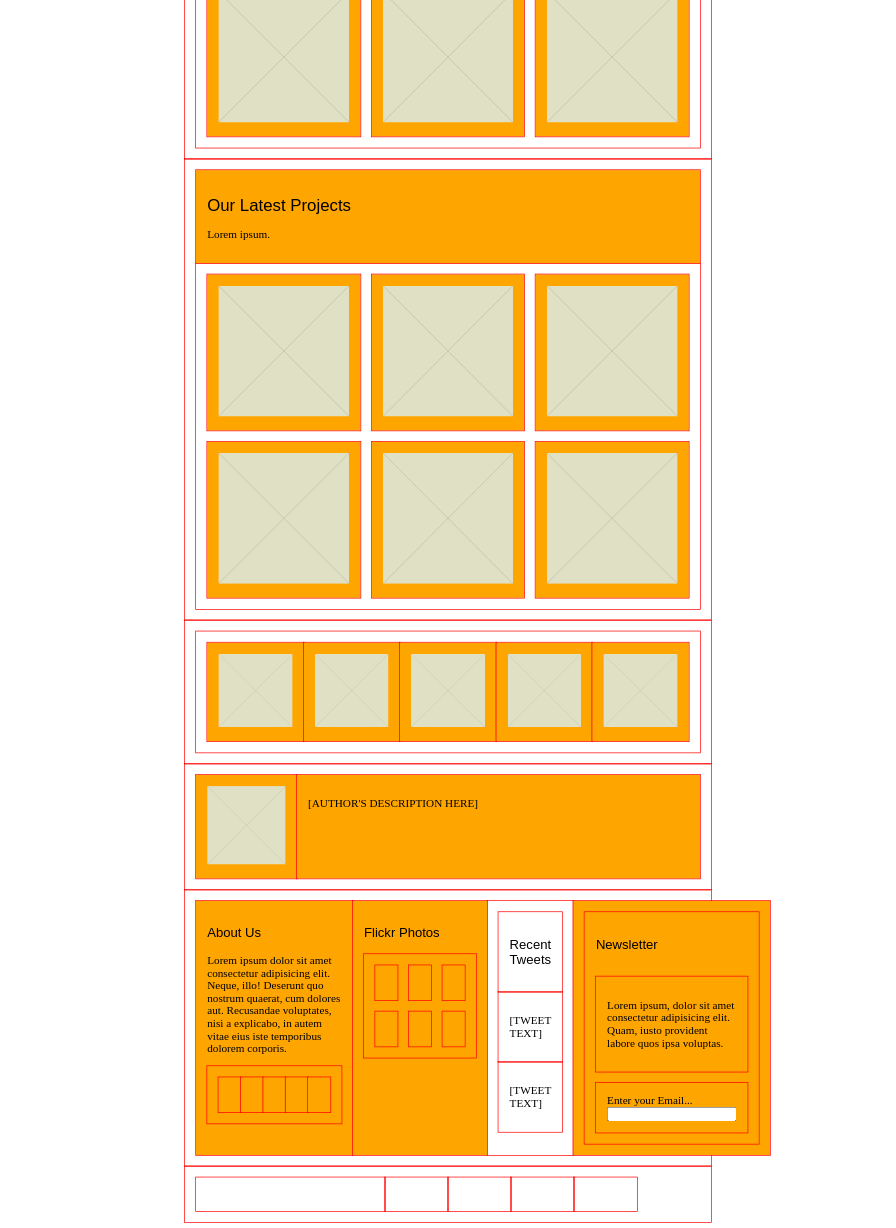
Repository: pjiang604/mdia2003-lab03b
Page: index.html
These files come from the project's save history. The page is drawn as it stood at one moment and after the next save; the edit follows.
The browser window is 1280 px wide. The pictures show the part of the page from y = 900 to 2820 px (the page is 2654 px tall before and 2820 px after), at 70% of full size.

Above is the page before, as saved 2023-01-25 20:56:16.

### index.html
<!DOCTYPE html>
<html lang="en">

<head>
    <meta charset="UTF-8">
    <meta http-equiv="X-UA-Compatible" content="IE=edge">
    <meta name="viewport" content="width=device-width, initial-scale=1.0">
    <title>Document</title>
    <link rel="stylesheet" href="style.css">
    <link rel="preconnect" href="https://fonts.google.com/specimen/Ubuntu?query=ubuntu">
</head>

<body>
    <nav>
        <div class="row l-col-6-1 m-col-6-1 s-col-2-2">
            <div class="col">
                <img src="images/placeholder.svg" alt="logo" class="logo">
            </div>
            <div class="col hide">
                <a href="/">Home</a>
            </div>
            <div class="col hide">
                <a href="/">Pages</a>
            </div>
            <div class="col hide">
                <a href="/">Blog</a>
            </div>
            <div class="col hide">
                <a href="/">Portfolio</a>
            </div>
            <div class="col hide">
                <a href="/">Email</a>
            </div>
            <div class="col hamburger">
                <p>[HAM MENU]</p>
            </div>
        </div>
    </nav>

    <div class="carousel hide">
        <div class="col">
            <p>[CAROUSEL HERE]</p>
        </div>

    </div>

    <h1>Hey guys! This is the Metrolics theme. It sports a responsive layout with a mobile layout.</h1>
    <div class="topRow">
        <div class="col">
            <h2>Things That We Do</h2>
            <p>Lorem ipsum.</p>
        </div>
        <div class="row l-col-4-1 m-col-2-1 s-col-1-4">
            <div class="col">
                <h3>Web Solutions</h3>
            </div>
            <div class="col">
                <h3>Photography</h3>
            </div>
            <div class="col">
                <h3>Web Development</h3>
            </div>
            <div class="col">
                <h3>Web Design</h3>
            </div>
        </div>
    </div>
    <div class="secondRow">
        <div class="col">
            <h2>What's up Lately?</h2>
            <p>Lorem ipsum.</p>
        </div>
        <div class="row l-col-3-1 m-col-2-1 s-col-1-4">
            <div class="col">
                <img src="images/placeholder.svg" class="image-post" alt="">
            </div>
            <div class="col">
                <img src="images/placeholder.svg" class="image-post" alt="">
            </div>
            <div class="col">
                <img src="images/placeholder.svg" class="image-post" alt="">
            </div>
            <div class="col-1">
                <img src="images/placeholder.svg" class="image-post" alt="">
            </div>
        </div>
    </div>
    <div class="thirdRow">
        <div class="col">
            <h2>Our Latest Projects</h2>
            <p>Lorem ipsum.</p>
        </div>
        <div class="row l-col-3-1 m-col-2-1 s-col-1-1">
            <div class="col">
                <img src="images/placeholder.svg" class="image-post" alt="">
            </div>
            <div class="col">
                <img src="images/placeholder.svg" class="image-post" alt="">
            </div>
            <div class="col">
                <img src="images/placeholder.svg" class="image-post" alt="">
            </div>
            <div class="col">
                <img src="images/placeholder.svg" class="image-post" alt="">
            </div>
            <div class="col">
                <img src="images/placeholder.svg" class="image-post" alt="">
            </div>
            <div class="col">
                <img src="images/placeholder.svg" class="image-post" alt="">
            </div>
        </div>
    </div>

    <div class="companies">
        <div class="row l-col-5-1 m-col-5-1">
            <div class="col">
                <img src="images/placeholder.svg" class="comp-logo" alt="">
            </div>
            <div class="col">
                <img src="images/placeholder.svg" class="comp-logo" alt="">
            </div>
            <div class="col">
                <img src="images/placeholder.svg" class="comp-logo" alt="">
            </div>
            <div class="col">
                <img src="images/placeholder.svg" class="comp-logo" alt="">
            </div>
            <div class="col">
                <img src="images/placeholder.svg" class="comp-logo" alt="">
            </div>
        </div>
    </div>

    <footer>

        <div class="row l-col-2-4 m-col-2-4 s-col-2-1 author">
            <div class="col">
                <img src="images/placeholder.svg" class="headshot" alt="">
            </div>
            <div class="col">
                <p>[AUTHOR'S DESCRIPTION HERE]</p>
            </div>
        </div>

        <div class="row l-footer-grid m-row m-footer-grid">
            <div class="col about-socials">
                <h3 class="m-row hide">About Us</h3>
                <p class="m-row hide">Lorem ipsum dolor sit amet consectetur adipisicing elit. Neque, illo! Deserunt quo
                    nostrum
                    quaerat, cum dolores aut. Recusandae voluptates, nisi a explicabo, in autem vitae eius iste
                    temporibus dolorem corporis.</p>
                <div class="row l-col-5-1 m-col-5-1 s-col-5-1">
                    <div class="col">
                        <img src="images/placeholder.svg" class="social-img" alt="">
                    </div>
                    <div class="col">
                        <img src="images/placeholder.svg" class="social-img" alt="">
                    </div>
                    <div class="col">
                        <img src="images/placeholder.svg" class="social-img" alt="">
                    </div>
                    <div class="col">
                        <img src="images/placeholder.svg" class="social-img" alt="">
                    </div>
                    <div class="col">
                        <img src="images/placeholder.svg" class="social-img" alt="">
                    </div>
                </div>
            </div>

            <div class="col flickr">
                <h3>Flickr Photos</h3>
                <div class="row l-col-3-1 m-col-3-1">
                    <div class="col">
                        <img src="images/placeholder.svg" class="flickr-img" alt="">
                    </div>
                    <div class="col">
                        <img src="images/placeholder.svg" class="flickr-img" alt="">
                    </div>
                    <div class="col">
                        <img src="images/placeholder.svg" class="flickr-img" alt="">
                    </div>
                    <div class="col">
                        <img src="images/placeholder.svg" class="flickr-img" alt="">
                    </div>
                    <div class="col">
                        <img src="images/placeholder.svg" class="flickr-img" alt="">
                    </div>
                    <div class="col">
                        <img src="images/placeholder.svg" class="flickr-img" alt="">
                    </div>
                </div>
            </div>

            <div class="live-social m-col">
                <div class="row">
                    <h3>Recent Tweets</h3>
                </div>
                <div class="row">
                    <p>[TWEET TEXT]</p>
                </div>
                <div class="row">
                    <p>[TWEET TEXT]</p>
                </div>
            </div>

            <div class="col newsletter">
                <div class="row m-col-1-1">
                    <h3>Newsletter</h3>
                    <div class="col">
                        <p>Lorem ipsum, dolor sit amet consectetur adipisicing elit. Quam, iusto provident labore quos
                            ipsa
                            voluptas.</p>
                    </div>
                    <div class="col">
                        <label for="email">Enter your Email...</label>
                        <input type="email" id="email">
                    </div>

                </div>
            </div>
        </div>

        <div class="row footer-decor">
            <div class="decor"></div>
            <div class="decor"></div>
            <div class="decor"></div>
            <div class="decor"></div>
            <div class="decor"></div>
        </div>

    </footer>
</body>

</html>

### style.css
html {
    padding: 0 20vw;
}

div {
    outline: 1px solid red;
    min-height: 1rem;
    padding: 1rem;
}

h1,
h2,
h3,
h4,
h5,
h6 {
    font-family: Ubuntu, sans-serif;
    font-weight: 300;
}

.row {
    display: grid;
    row-gap: 1rem;
}

.col {
    position: relative;
    background-color: orange;
}

.image-post {
    width: 100%;
}

.flickr-img{
    width: 100%;
}

.logo {
    width: 100%;
}

.hamburger {
    display: none;

}

.headshot {
    width: 100%;
}

.social-img {
    width: 100%;
}

.comp-logo{
    width: 100%;
}

.footer-decor{
    grid-template-columns: 3fr 1fr 1fr 1fr 1fr 1fr;
}



/** small/mobile version */
@media screen and (max-width:29.9375em) {
    .row {
        max-width: 70em;
        column-gap: .5rem;
        row-gap: 1.5rem;
        margin: 0 auto;
    }

    .hide, .flickr, .newsletter, .companies {
        display: none;
    }

    .hamburger {
        display: contents;
    }

    .s-col-1-4 {
        grid-template-columns: 4fr;
    }

    .s-col-2-2 {
        grid-template-columns: repeat(2, 2fr);
    }

    .s-col-1-1 {
        grid-template-columns: 1fr;
    }

    .s-col-5-1 {
        grid-template-columns: repeat(5, 1fr);
    }

    .s-col-2-1 {
        grid-template-columns: repeat(2, 1fr);
    }

    .footer-grid{
        display: none;
    }

    .col-1 {
        display:content;
        background-color: orange;
    }
}

/** medium and up. applicable for both tablet and mobile version */
@media screen and (max-width:30em) {
    .carousel {
        display:none;
    }

    .image-post.hide{
        display: contents;
    }

    .col-1 {
        display: content;
        background-color: orange;
    }

}

/** medium only */
@media screen and (min-width:40em) and (max-width:63.9375em) {

    .hide {
        display: contents;
    }

    .m-footer-grid{
        grid-template-columns: repeat(2, 1fr);
    }

    .m-row{
        display: grid;
        row-gap: 1rem;
    }

    .m-col{
        position: relative;
    }

    .m-col-6-1{
        grid-template-columns: 3fr 1fr 1fr 1fr 1fr 1fr;
    }

    .m-col-2-1{
        grid-template-columns: repeat(2, 1fr);
        column-gap: 1rem;
    }

    .m-col-5-1{
        grid-template-columns: repeat(5, 1fr);
        column-gap: 1rem;
    }

    .m-col-2-4{
        grid-template-columns: 1fr 4fr;
    }

    .m-col-3-1{
        grid-template-columns: repeat(3, 1fr);
        column-gap: 1rem;
    }

    .m-col-1-1{
        grid-template-columns: 1fr
    }

    .col-1 {
        display:content;
        background-color: orange;
    }

}

/** large only */
@media screen and (min-width:64em) {

    .l-col-6-1{
        grid-template-columns: repeat(6, 1fr);
    }

    .l-col-4-1{
        grid-template-columns: repeat(4, 1fr);
        column-gap: 1rem;
    }

    .l-col-3-1{
        grid-template-columns: repeat(3, 1fr);
        column-gap: 1rem;
    }

    .l-col-5-1{
        grid-template-columns: repeat(5, 1fr);
    }

    .l-col-2-4{
        grid-template-columns: 1fr 4fr;
    }


    .l-col-5-1{
        grid-template-columns: repeat(5, 1fr)
    }

    .l-col-3-1{
        grid-template-columns: repeat(3, 1fr);
        column-gap: 1rem;
    }

    .image-post.hide{
        display: none;
    }

    .l-footer-grid{
        grid-template-columns: repeat(4, 1fr);
    }

    .col-1 {
        display:none;
    }

}

### images/placeholder.svg
<!-- Created with PhotoLine 21.40B9 (www.pl32.com) -->
<!DOCTYPE svg PUBLIC "-//W3C//DTD SVG 1.1//EN" "http://www.w3.org/Graphics/SVG/1.1/DTD/svg11.dtd"[]>
<svg width="1024" height="1024" version="1.1" xmlns="http://www.w3.org/2000/svg" xmlns:xlink="http://www.w3.org/1999/xlink">
  <g id="Square/Rectangle">
    <rect fill="#e0e0c4" fill-rule="evenodd" width="1024" height="1024" />
  </g>
  <path stroke-width="2" stroke-miterlimit="10" fill="none" stroke="#808080" d="M0 0 L1024 1024" />
  <g transform="matrix(0 1 -1 0 1024 0)">
    <path transform="matrix(-0 -1.000001 1.000001 -0 0.000153 1024.000854)" stroke-width="2" stroke-miterlimit="10" fill="none" stroke="#808080" d="M1024 -0 L0 1024" />
  </g>
</svg>

After the next save:
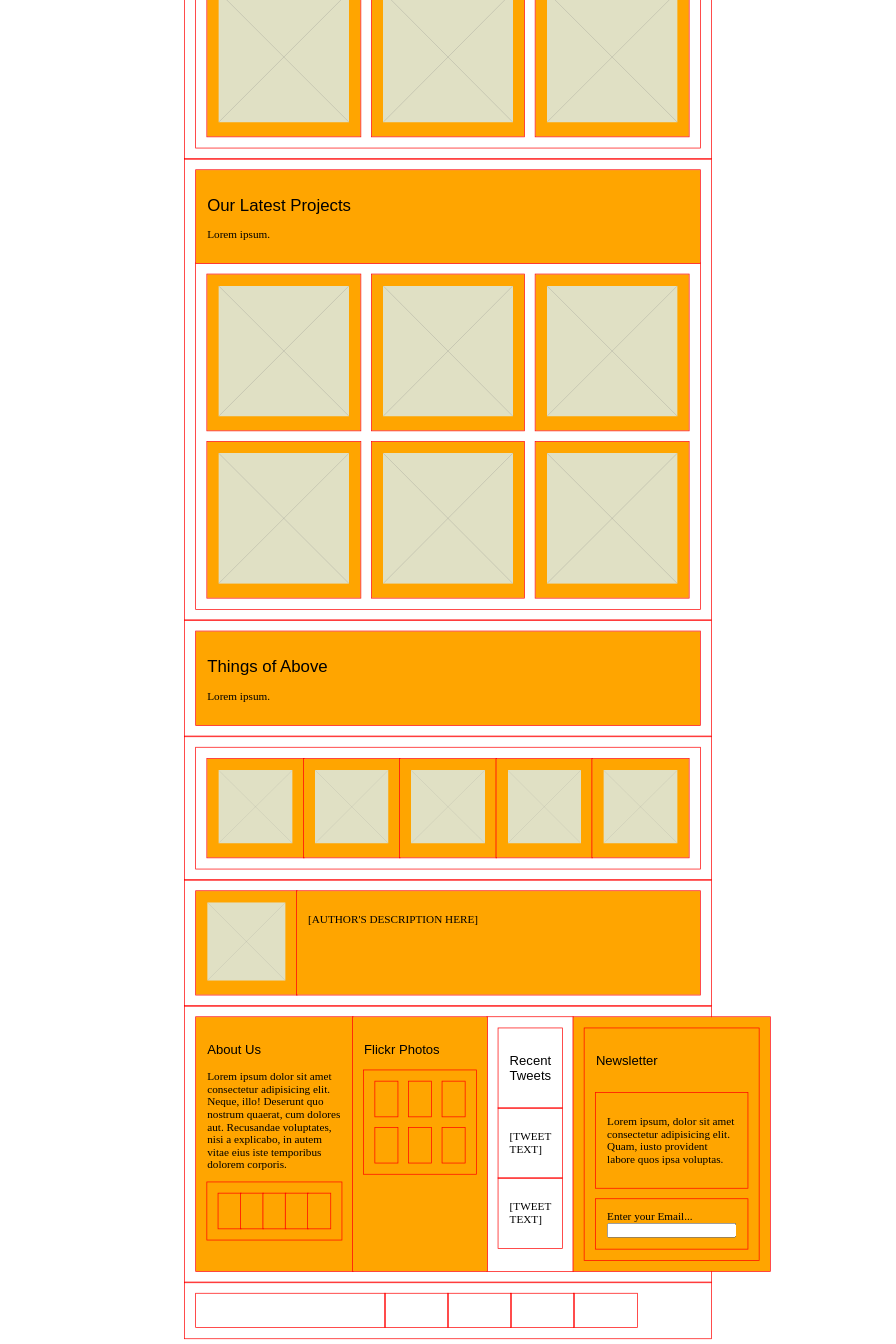
Saved 5 min 56 s later.
--- a/index.html
+++ b/index.html
@@ -112,6 +112,13 @@
         </div>
     </div>
 
+    <div class="accordion">
+        <div class="col">
+            <h2>Things of Above</h2>
+            <p>Lorem ipsum.</p>
+        </div>
+    </div>
+
     <div class="companies">
         <div class="row l-col-5-1 m-col-5-1">
             <div class="col">
